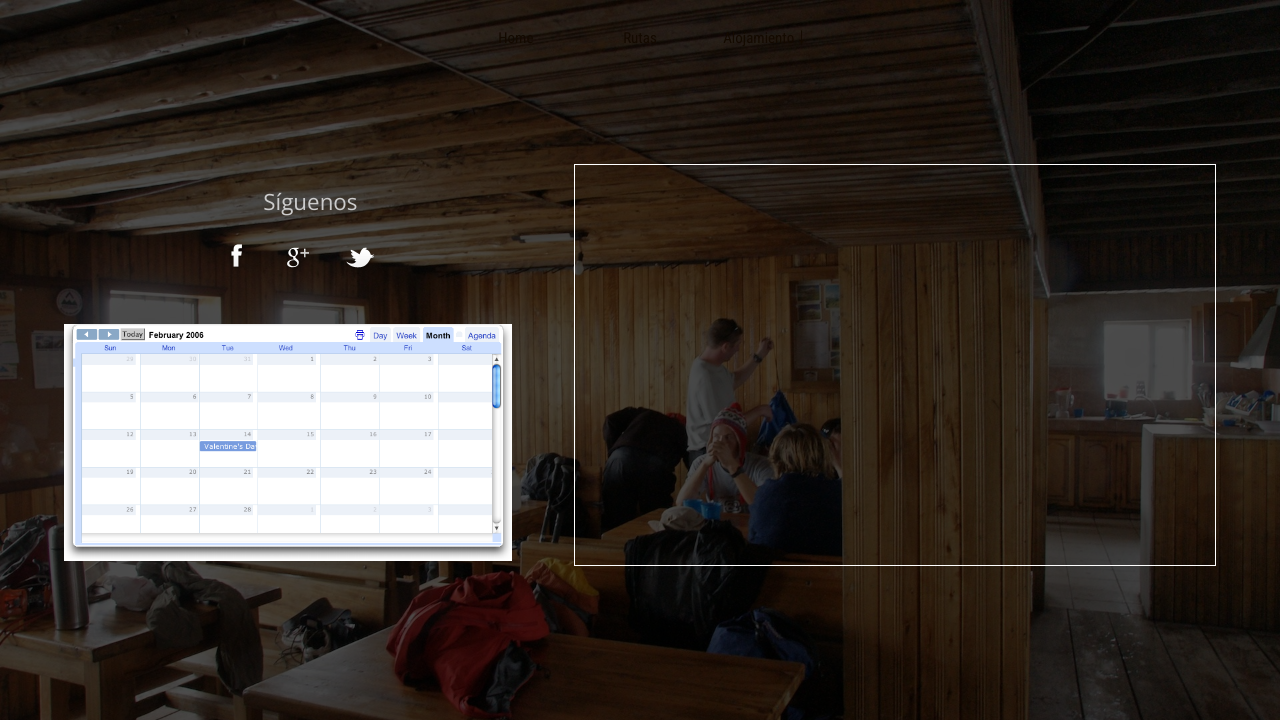
Repository: Croqueta-OPS/proyecto-pyrenees
Page: alojamiento.html
The author's editor kept a record of every edit. The page is drawn from the files as they stood at one moment, then again after the next edit.
The browser window is 1280 px wide. The pictures show the whole page.

Above is the page before.

After the next edit:
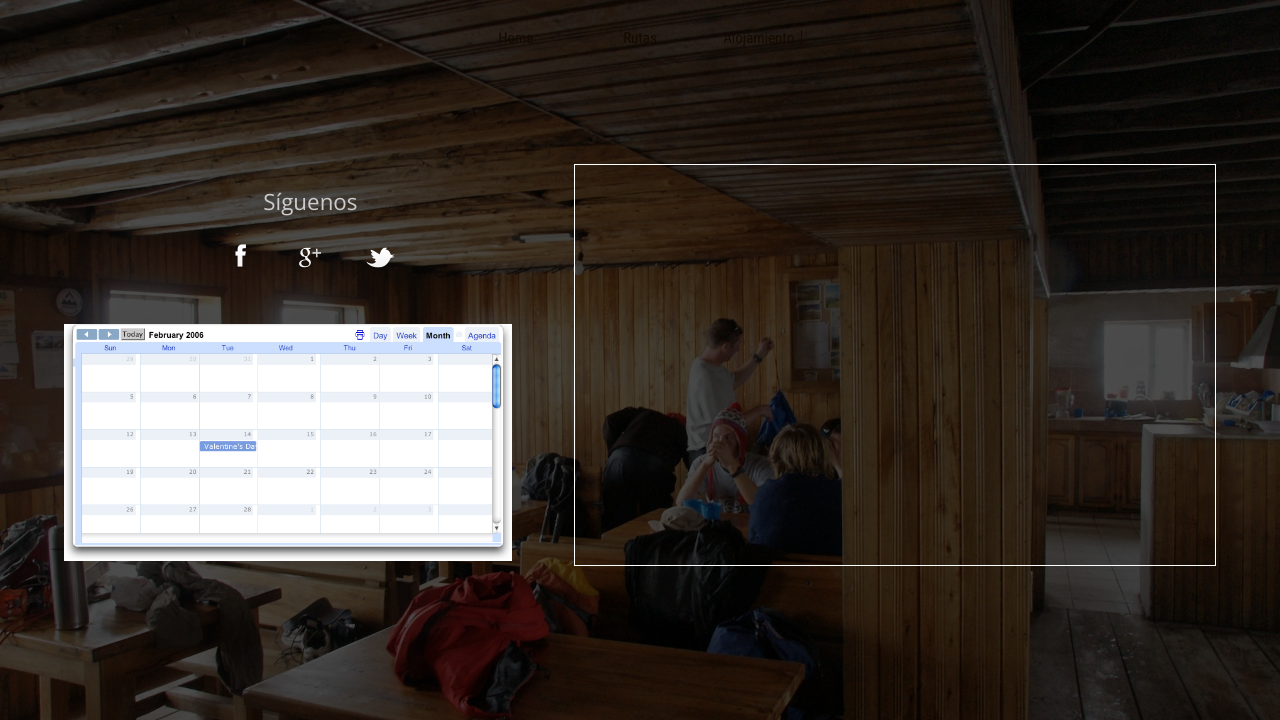
The edit:
--- a/css/camping.css
+++ b/css/camping.css
@@ -56,7 +56,7 @@
 }
 
 .redesSociales img {
-    margin-right: 6%;
+    padding: 0 4%;
 }
 
 .calendario {
